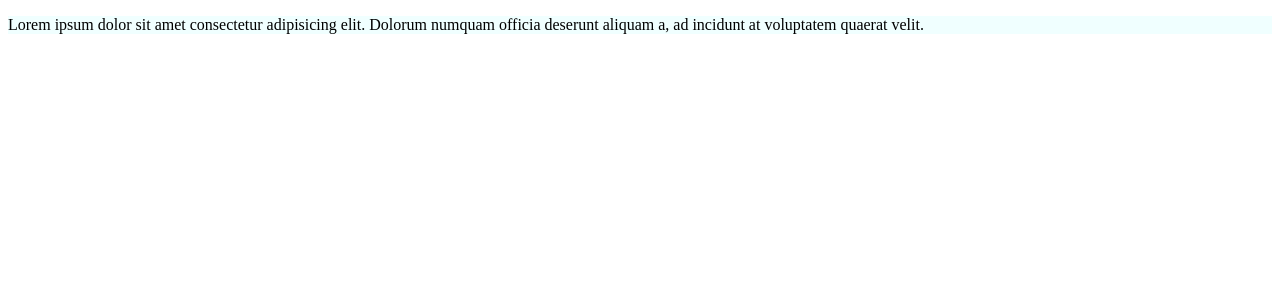
Repository: shazib2023/wtwdt-8
Page: index.html
The author's editor kept a copy of each file at every save. The page is drawn from the files as they stood at one save, then again after a run of saves.
The browser window is 1280 px wide. The pictures show the whole page.

Above is the page before, as saved 2023-10-30 14:48:23.

After the next 7 saves:
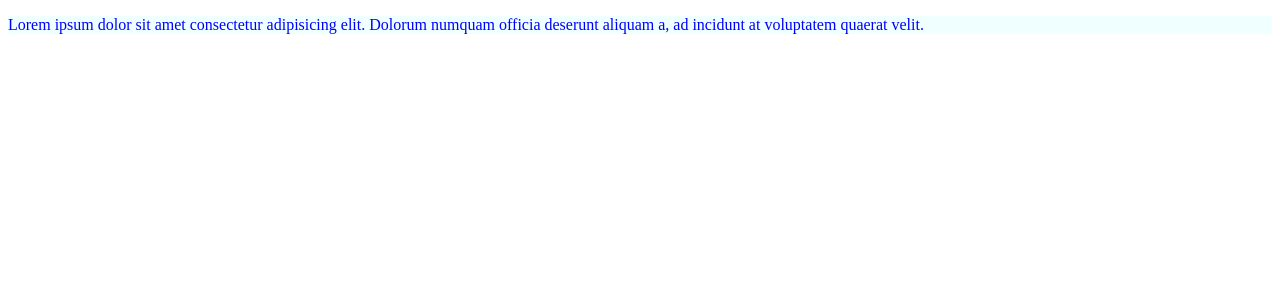
The 7 saves are shown as one change because they came seconds apart.
The last was saved 20 s later.
--- a/index.html
+++ b/index.html
@@ -4,6 +4,11 @@
     <meta charset="UTF-8">
     <meta name="viewport" content="width=device-width, initial-scale=1.0">
     <title>Document</title>
+    <style>
+        p{
+            color: blue;
+        }
+    </style>
 </head>
 <body>
     <p style="background-color: azure;">Lorem ipsum dolor sit amet consectetur adipisicing elit. Dolorum numquam officia deserunt aliquam a, ad incidunt at voluptatem quaerat velit.</p>
